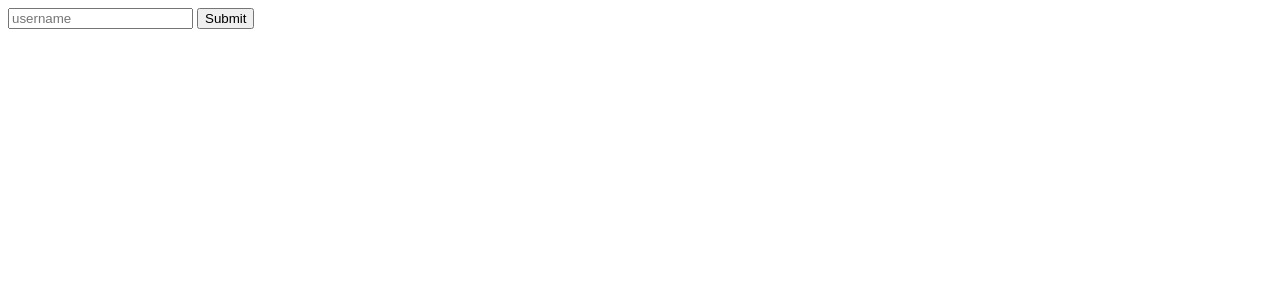
Repository: myoder020/Projects
Page: http://localhost/Forms/form1.jsp
These files come from the project's save history. The page is drawn as it stood at one moment and after the next save; the edit follows.
The browser window is 1280 px wide. The pictures show the whole page.
The page is served by Tomcat 9.

Above is the page before, as saved 2015-05-06 02:55:39.

After the next save:
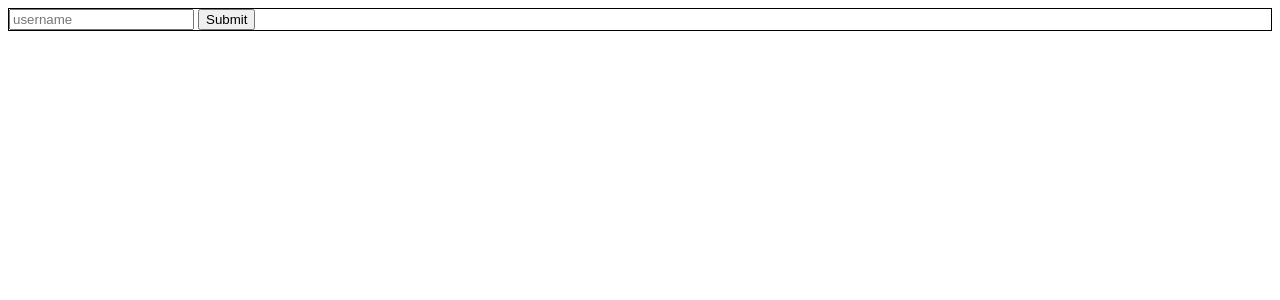
Saved 4 min 19 s later.
--- a/Servlets/Forms/WebContent/form1.jsp
+++ b/Servlets/Forms/WebContent/form1.jsp
@@ -5,6 +5,16 @@
 <head>
 <meta http-equiv="Content-Type" content="text/html; charset=ISO-8859-1">
 <title>Form</title>
+
+<style>
+
+form {
+
+	border: 1px solid #000;
+
+}
+
+</style>
 </head>
 <body>
 
